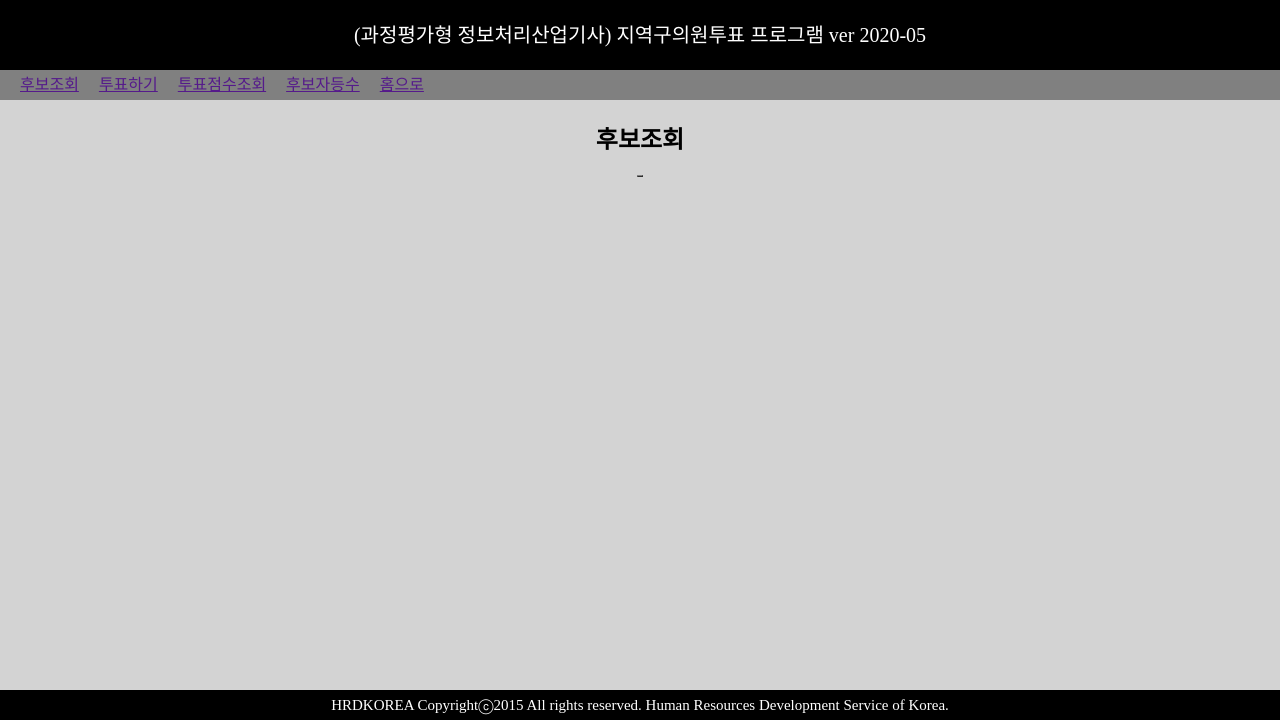
Repository: alsco727/JSP
Page: http://localhost/HRD_2207/inspection.jsp
An editor plug-in stored every save of this project. The page is shown before and after the next save, followed by the edit.
The browser window is 1280 px wide. The pictures show the whole page.
The page is served by Tomcat 9. Other server files are loaded and not shown.

Above is the page before, as saved 2022-08-29 10:45:12.

### information_Processing/JSP과제4/HRD_2207/src/main/webapp/inspection.jsp
<%@ page language="java" contentType="text/html; charset=UTF-8"
    pageEncoding="UTF-8"%>
<!DOCTYPE html>
<html>
<head>
<meta charset="UTF-8">
<title>inspection</title>
</head>
<body>
<jsp:include page="header.jsp"></jsp:include>
<section style="position:fixed; top:100px; left:0px; width:100%; height:100%; background-color:lightgray">
<h2 style="text-align:center"><b>후보조회</b></h2>
<form style="display:flex; align-items:center; justify-content:center;">
<table border="1">
</table>
</form>
</section>
<jsp:include page="footer.jsp"></jsp:include>
</body>
</html>

### information_Processing/JSP과제4/HRD_2207/src/main/webapp/header.jsp
<%@ page language="java" contentType="text/html; charset=UTF-8"
    pageEncoding="UTF-8"%>
<!DOCTYPE html>
<html>
<head>
<meta charset="UTF-8">
<title>header</title>
</head>
<body>
<header style="position:fixed; top:0px; left:0px; width:100%; height:70px; line-height:70px; text-align:center; background-color:black; color:white; font-size:20px">(과정평가형 정보처리산업기사) 지역구의원투표 프로그램 ver 2020-05</header>

<nav style="position:fixed; top:70px; left:0px; width:100%; height:30px; line-height:30px; background-color:gray; color:white; padding-left:20px">
<a href="">후보조회</a> &nbsp; &nbsp;
<a href="">투표하기</a> &nbsp; &nbsp;
<a href="">투표점수조회</a> &nbsp; &nbsp;
<a href="">후보자등수</a> &nbsp; &nbsp;
<a href="">홈으로</a> &nbsp; &nbsp;
</nav>
</body>
</html>

### information_Processing/JSP과제4/HRD_2207/src/main/webapp/footer.jsp
<%@ page language="java" contentType="text/html; charset=UTF-8"
    pageEncoding="UTF-8"%>
<!DOCTYPE html>
<html>
<head>
<meta charset="UTF-8">
<title>footer</title>
</head>
<body>
<footer style="position:fixed; bottom:0px; left:0px; width:100%; height:30px; line-height:30px; text-align:center; background-color:black; color:white; font-size:15px">HRDKOREA Copyrightⓒ2015 All rights reserved. Human Resources Development Service of Korea.</footer>
</body>
</html>

After the next save:
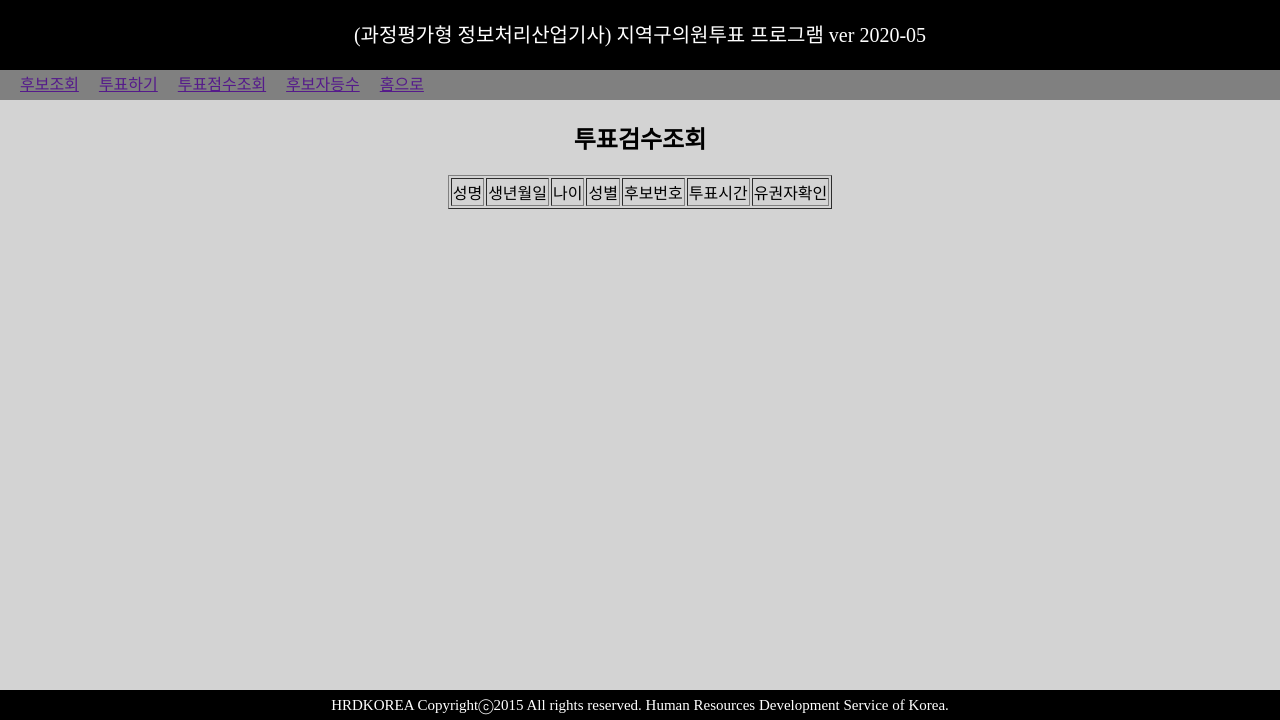
Saved 2 min 43 s later.
--- a/information_Processing/JSP과제4/HRD_2207/src/main/webapp/inspection.jsp
+++ b/information_Processing/JSP과제4/HRD_2207/src/main/webapp/inspection.jsp
@@ -9,9 +9,18 @@
 <body>
 <jsp:include page="header.jsp"></jsp:include>
 <section style="position:fixed; top:100px; left:0px; width:100%; height:100%; background-color:lightgray">
-<h2 style="text-align:center"><b>후보조회</b></h2>
-<form style="display:flex; align-items:center; justify-content:center;">
+<h2 style="text-align:center"><b>투표검수조회</b></h2>
+<form style="display:flex; align-items:center; justify-content:center; text-align:center">
 <table border="1">
+<tr>
+	<td>성명</td>
+	<td>생년월일</td>
+	<td>나이</td>
+	<td>성별</td>
+	<td>후보번호</td>
+	<td>투표시간</td>
+	<td>유권자확인</td>
+</tr>
 </table>
 </form>
 </section>
